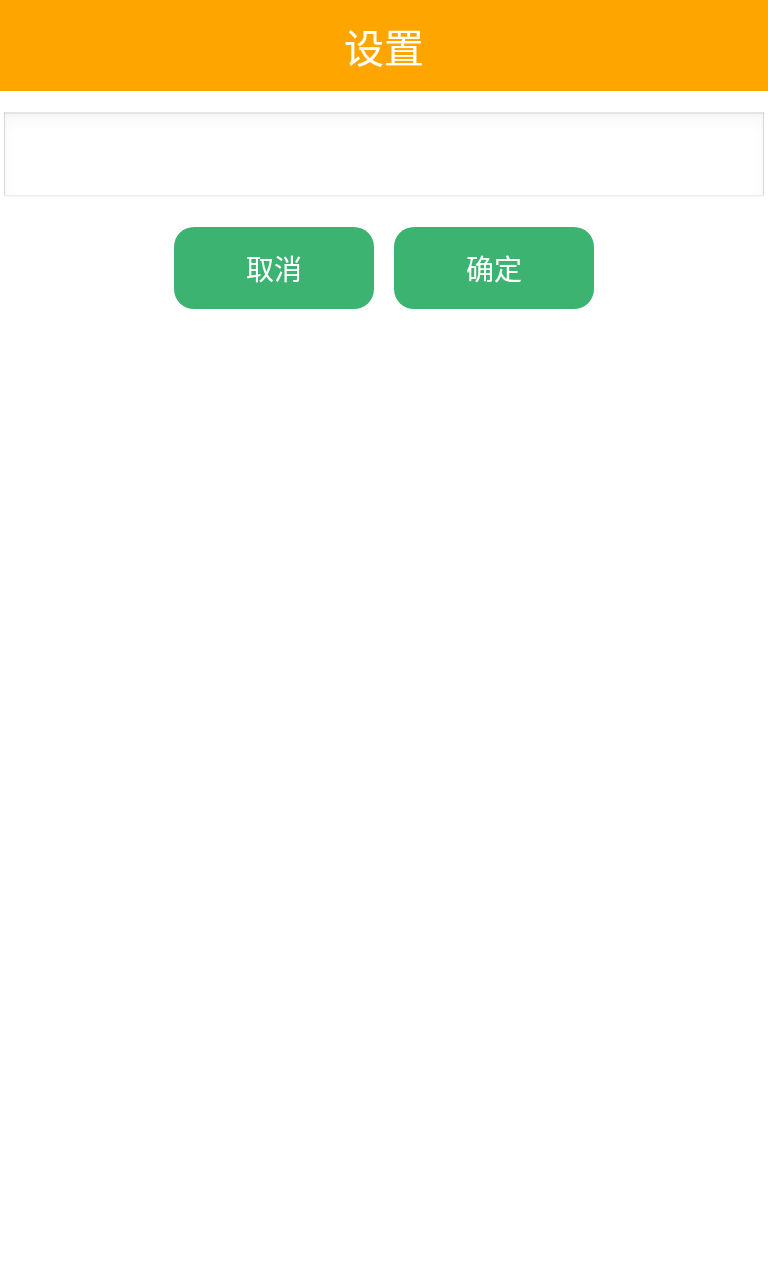
Repository: blanks1314/sysnc_android
Layout: UpayDemo/res/layout/activity_modifyinfo.xml
An editor plug-in stored every save of this project. The layout is shown before and after the next save, followed by the edit.
It is drawn on a 768 x 1280 px phone screen (xhdpi) without system bars, with theme AppTheme; the app's code is not run.

Above is the layout before, as saved 2015-04-30 02:23:17.

After the next save:
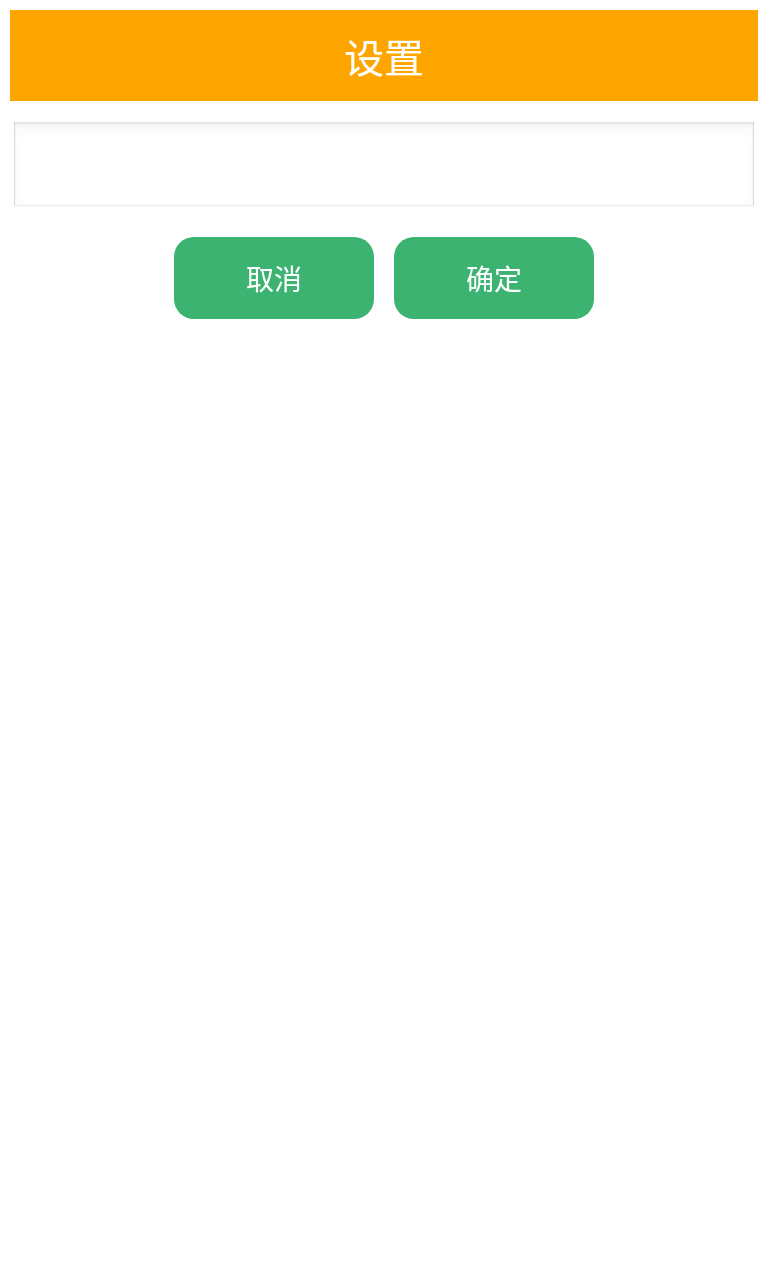
Saved 13 s later.
--- a/UpayDemo/res/layout/activity_modifyinfo.xml
+++ b/UpayDemo/res/layout/activity_modifyinfo.xml
@@ -2,7 +2,8 @@
 <LinearLayout xmlns:android="http://schemas.android.com/apk/res/android"
     android:layout_width="match_parent"
     android:layout_height="match_parent"
-    android:orientation="vertical" >
+    android:orientation="vertical"
+    android:padding="5dp" >
 
     <include
         android:layout_width="match_parent"

After the save that followed:
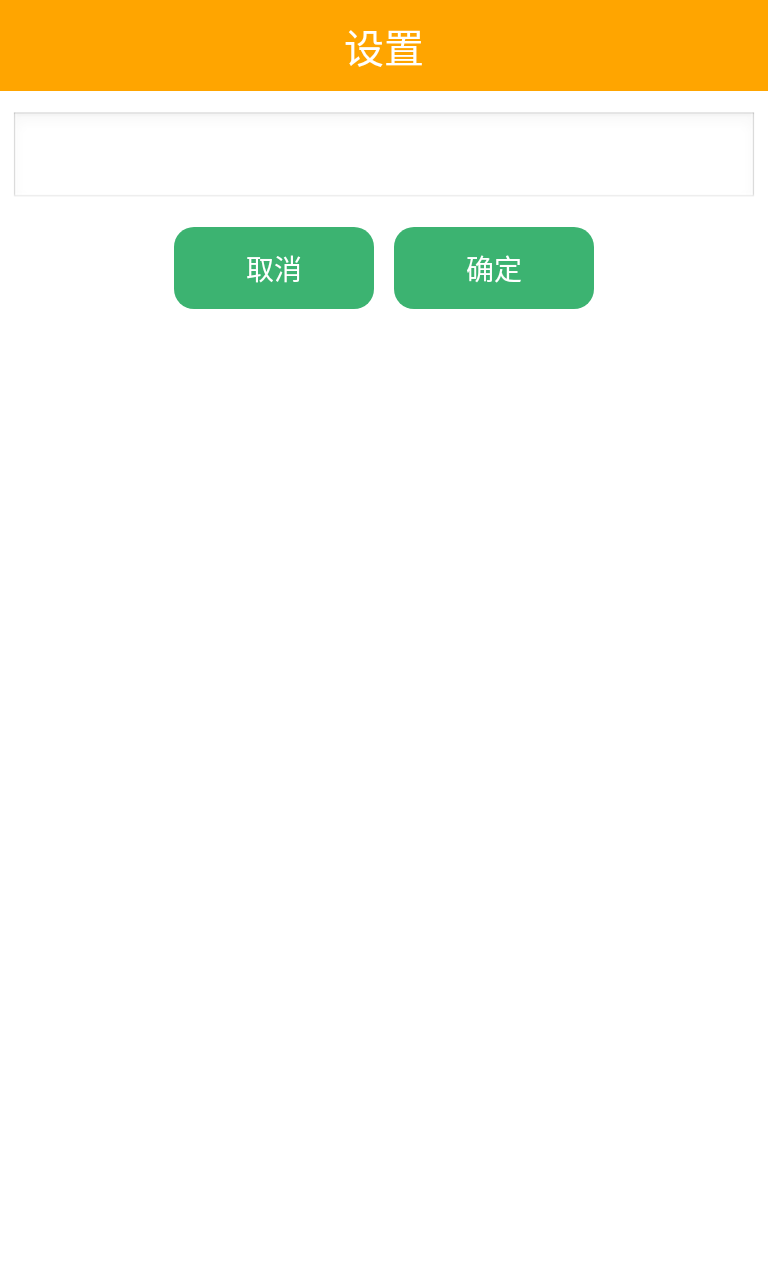
Saved 32 s later.
--- a/UpayDemo/res/layout/activity_modifyinfo.xml
+++ b/UpayDemo/res/layout/activity_modifyinfo.xml
@@ -2,8 +2,7 @@
 <LinearLayout xmlns:android="http://schemas.android.com/apk/res/android"
     android:layout_width="match_parent"
     android:layout_height="match_parent"
-    android:orientation="vertical"
-    android:padding="5dp" >
+    android:orientation="vertical" >
 
     <include
         android:layout_width="match_parent"
@@ -16,6 +15,8 @@
         android:layout_height="wrap_content"
         android:layout_margin="dp"
         android:layout_marginTop="10dp"
+        android:layout_marginLeft="5dp"
+        android:layout_marginRight="5dp"
         android:ellipsize="end"
         android:inputType="text"
         android:padding="dp"
